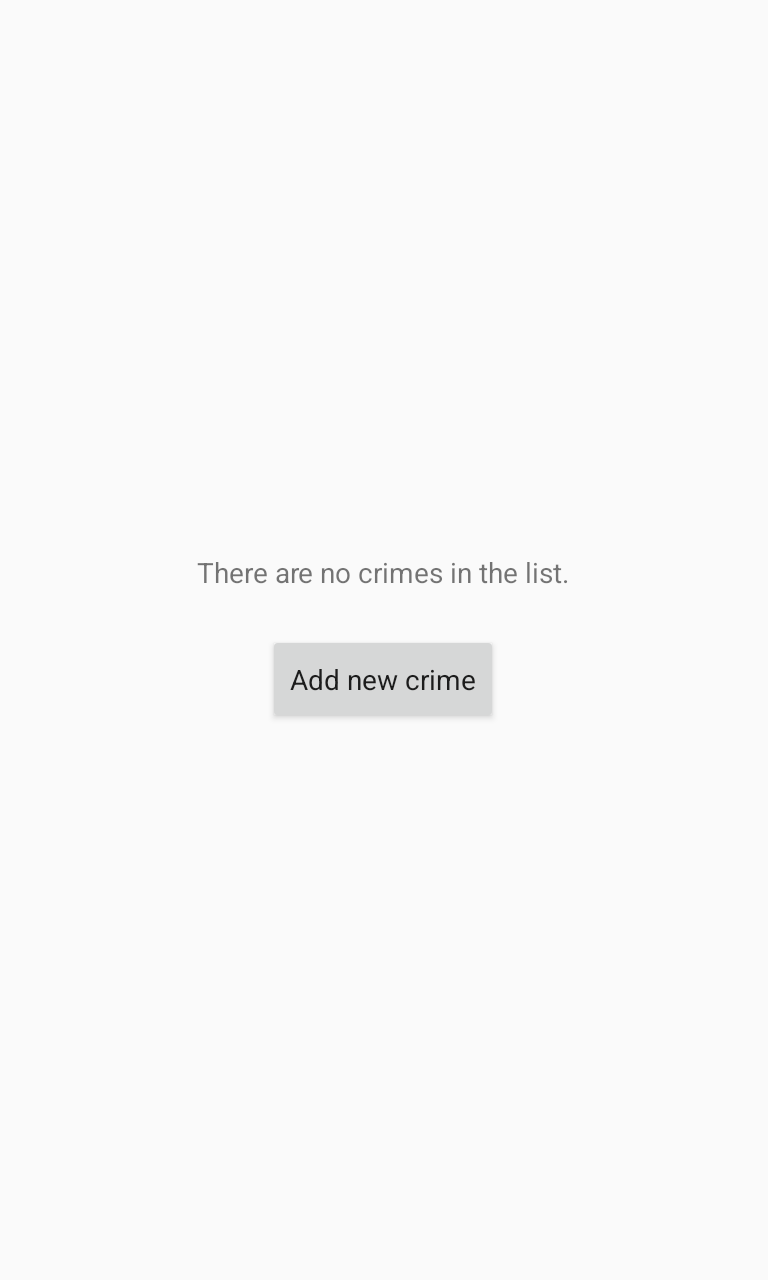
Repository: Jeedan/learning-android-apps
Layout: CriminalIntent/res/layout/fragment_list_view_crimes.xml
The author's editor kept a copy of each file at every save. The layout is drawn from the files as they stood at one save, then again after the next save.
It is drawn on a 768 x 1280 px phone screen (xhdpi) without system bars, with theme AppTheme; the app's code is not run. Lists and similar views that code fills are empty.

Above is the layout before, as saved 2014-10-23 10:27:05.

After the next save:
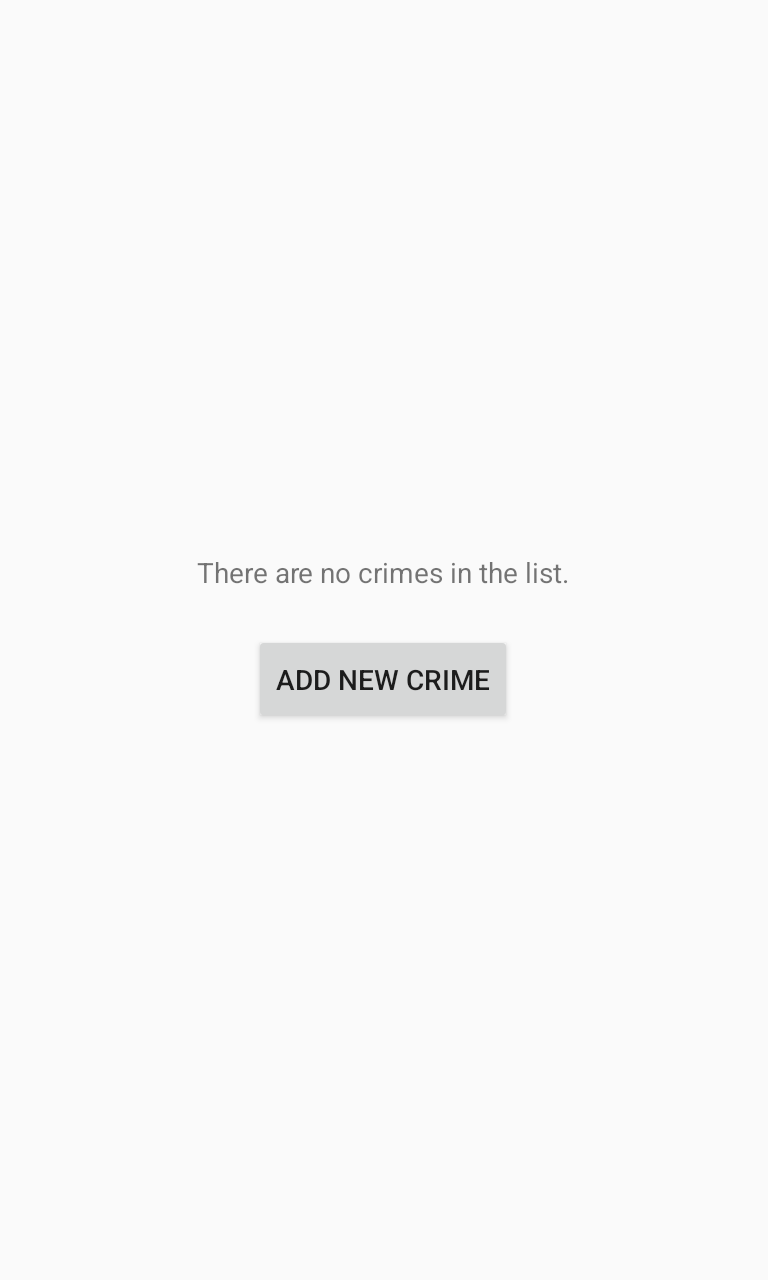
Saved 21 s later.
--- a/CriminalIntent/res/layout/fragment_list_view_crimes.xml
+++ b/CriminalIntent/res/layout/fragment_list_view_crimes.xml
@@ -23,7 +23,7 @@
 
     <Button
         android:id="@+id/add_crime_button"
-        style="@style/AppBaseTheme"
+        style="android:buttonStyle"
         android:layout_width="wrap_content"
         android:layout_height="wrap_content"
         android:layout_gravity="center"
